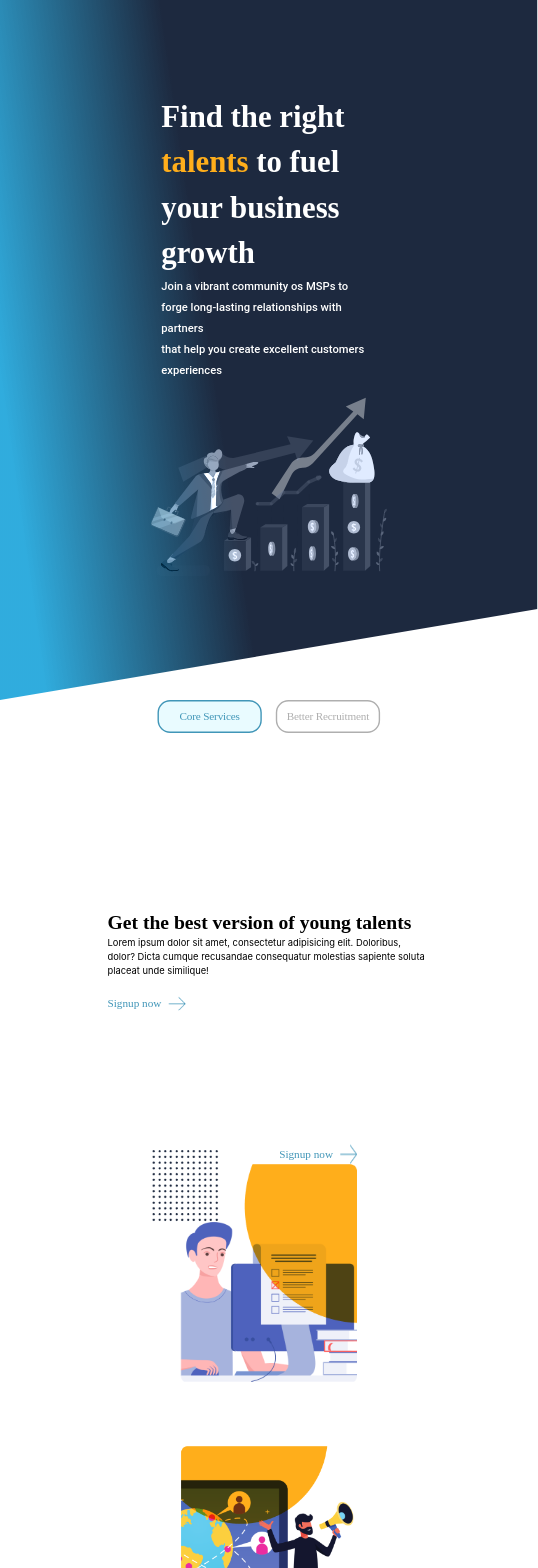
Repository: uh-sman/Vacanxe
Page: /
An editor plug-in stored every save of this project. The page is shown before and after the next save, followed by the edit.
The browser window is 768 px wide. The pictures show the part of the page from y = 0 to 2240 px (the page is 5747 px tall), at 70% of full size.
The project was rebuilt for these pictures with package versions that can differ from the ones it lists, and the page was loaded fresh each time. Also part of the build but not shown: src/components/data.js, src/components/navbar.css, src/components/SideNav.jsx, src/components/Navbar.jsx.

Above is the page before, as saved 2022-12-04 12:16:22.

After the next save:
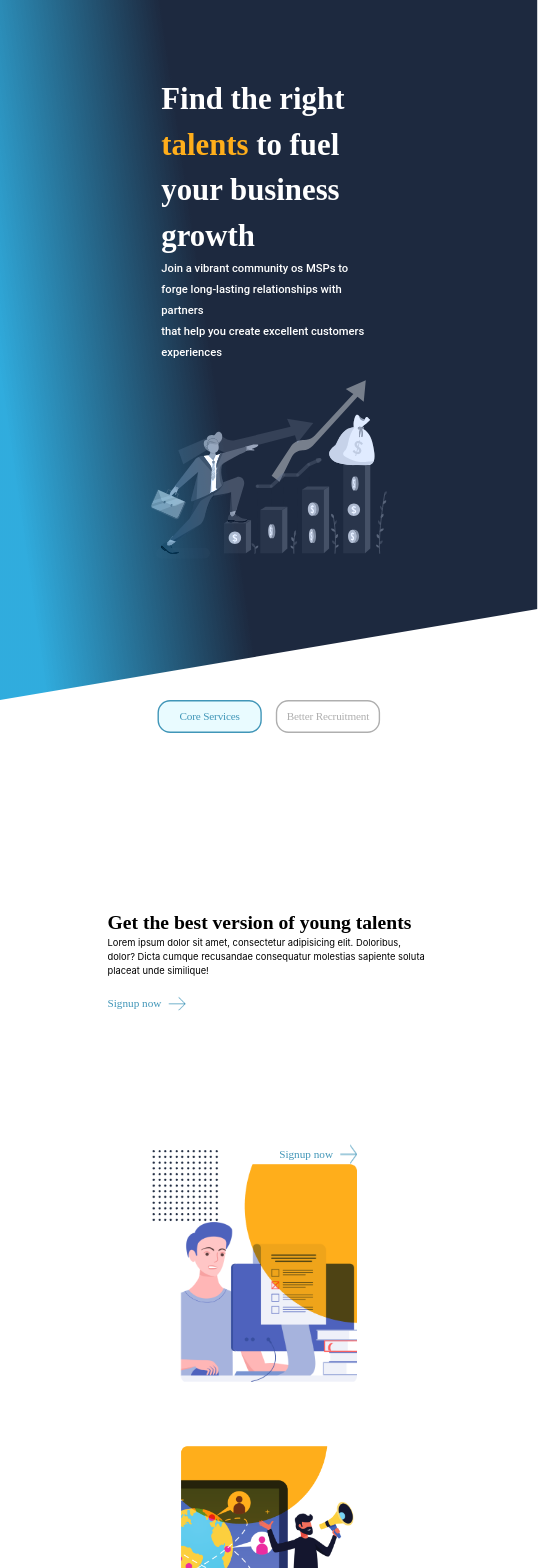
Saved 10 s later.
--- a/src/components/hero.css
+++ b/src/components/hero.css
@@ -90,7 +90,7 @@
   }
   .partner-img {
     margin-top: 20px;
-    margin-bottom: 40px;
+    margin-bottom: 90px;
   }
   /* .hero-content {
     width: 100vw;
